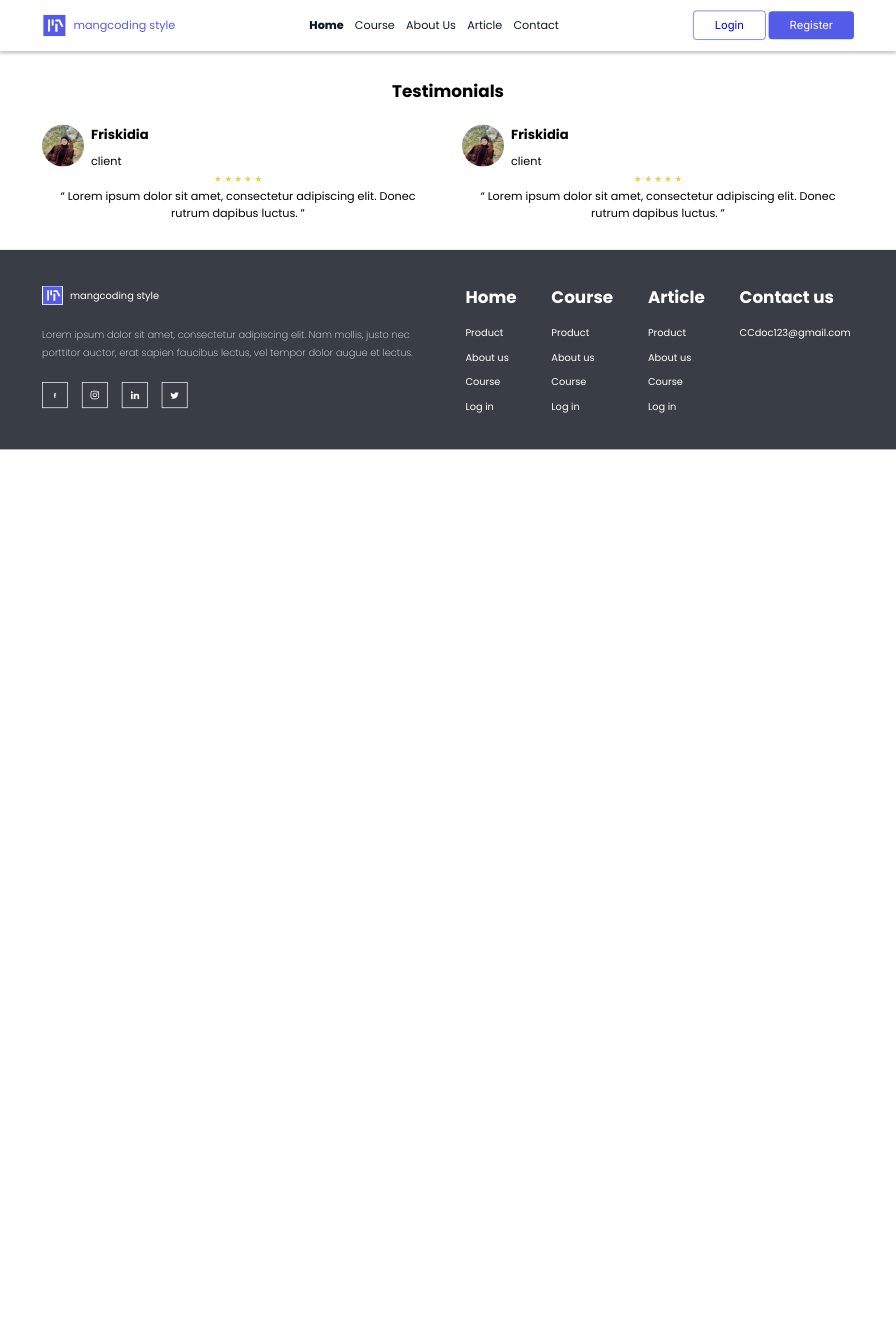
Repository: Dania-Alqam/landing-page
Page: index.html
The author's editor kept a copy of each file at every save. The page is drawn from the files as they stood at one save, then again after the next save.
The browser window is 1280 px wide. The pictures show the part of the page from y = 0 to 1920 px (the page is 5000 px tall), at 70% of full size.

Above is the page before, as saved 2024-06-22 10:34:04.

### index.html
<!DOCTYPE html>
<html lang="en">

<head>
    <meta charset="UTF-8" />
    <meta name="viewport" content="width=device-width, initial-scale=1.0" />
    <title>Document</title>
    <link rel="stylesheet" href="./assests/css/main.css" />
</head>

<body>
    <header class="header">
        <div class="container">
            <div class="row">
                <div class="logo">
                    <img src="./assests/images/public/Logo.svg" alt="logo" />
                    <a href="#">mangcoding style</a>
                </div>
                <nav class="nav">
                    <ul>
                        <li>
                            <a href="#" class="active">Home</a>
                        </li>
                        <li>
                            <a href="#">Course</a>
                        </li>
                        <li>
                            <a href="#">About Us</a>
                        </li>
                        <li>
                            <a href="#">Article</a>
                        </li>
                        <li>
                            <a href="#">Contact</a>
                        </li>
                    </ul>
                </nav>
                <div class="auth">
                    <a href="#">Login</a>
                    <a href="#">Register</a>
                </div>
            </div>
        </div>
    </header>

    <main>
        <section class="testimonials">
            <h2>
                Testimonials
            </h2>
            <div class="container">
                <div class="row">
                    <div class="testimonial">
                        <div class="user-info">
                            <img src="assests/images/clients/client1.jpeg"/>
                            <div class="user-data">
                                <h3>Friskidia</h3>
                                <span>client</span>
                            </div>
                        </div>
                        <div class="ratings">
                            <img src="./assests/images/public/Star.svg" alt="stars"/>
                            <img src="./assests/images/public/Star.svg" alt="stars"/>
                            <img src="./assests/images/public/Star.svg" alt="stars"/>
                            <img src="./assests/images/public/Star.svg" alt="stars"/>
                            <img src="./assests/images/public/Star.svg" alt="stars"/>

                        </div>
                        <blockquote>
                            <q>
                                Lorem ipsum dolor sit amet, consectetur adipiscing elit. Donec rutrum dapibus luctus.
                            </q>
                        </blockquote>
                    </div>
                    <div class="testimonial">
                        <div class="user-info">
                            <img src="assests/images/clients/client1.jpeg"/>
                            <div class="user-data">
                                <h3>Friskidia</h3>
                                <span>client</span>
                            </div>
                        </div>
                        <div class="ratings">
                            <img src="./assests/images/public/Star.svg" alt="stars"/>
                            <img src="./assests/images/public/Star.svg" alt="stars"/>
                            <img src="./assests/images/public/Star.svg" alt="stars"/>
                            <img src="./assests/images/public/Star.svg" alt="stars"/>
                            <img src="./assests/images/public/Star.svg" alt="stars"/>

                        </div>
                        <blockquote>
                            <q>
                                Lorem ipsum dolor sit amet, consectetur adipiscing elit. Donec rutrum dapibus luctus.
                            </q>
                        </blockquote>
                    </div>
                </div>
            </div>

        </section>
    </main>
    <footer class="footer">
        <div class="container">
            <div class="row">
                <div class="footer-start">
                    <div class="logo">
                        <img src="./assests/images/public/Logo.svg" alt="logo" />
                        <a href="#">mangcoding style</a>
                    </div>
                    <p>
                        Lorem ipsum dolor sit amet, consectetur adipiscing elit. Nam
                        mollis, justo nec porttitor auctor, erat sapien faucibus lectus,
                        vel tempor dolor augue et lectus.
                    </p>
                    <div class="icons">
                        <a href="#"><img src="./assests/images/public/facebok.svg" /></a>
                        <a href="#"><img src="./assests/images/public/instagram.svg" /></a>
                        <a href="#"><img src="./assests/images/public/linkedin.svg" /></a>
                        <a href="#"><img src="./assests/images/public/twitter.svg" /></a>
                    </div>
                </div>
                <div class="footer-end">
                    <div class="row">
                        <div class="footer-item">
                            <h2>
                                Home
                            </h2>
                            <ul>
                                <li>
                                    <a href="#">Product</a>
                                </li>
                                <li>
                                    <a href="#">About us</a>
                                </li>
                                <li>
                                    <a href="#">Course</a>
                                </li>
                                <li>
                                    <a href="#">Log in</a>
                                </li>
                            </ul>
                        </div>
                        <div class="footer-item">
                            <h2>
                                Course
                            </h2>
                            <ul>
                                <li>
                                    <a href="#">Product</a>
                                </li>
                                <li>
                                    <a href="#">About us</a>
                                </li>
                                <li>
                                    <a href="#">Course</a>
                                </li>
                                <li>
                                    <a href="#">Log in</a>
                                </li>
                            </ul>
                        </div>
                        <div class="footer-item">
                            <h2>
                                Article
                            </h2>
                            <ul>
                                <li>
                                    <a href="#">Product</a>
                                </li>
                                <li>
                                    <a href="#">About us</a>
                                </li>
                                <li>
                                    <a href="#">Course</a>
                                </li>
                                <li>
                                    <a href="#">Log in</a>
                                </li>
                            </ul>
                        </div>
                        <div class="footer-item">
                            <h2>
                                Contact us
                            </h2>
                            <ul>
                                <li>
                                    <a href="#">CCdoc123@gmail.com</a>
                                </li>

                        </div>
                    </div>
                </div>
            </div>
        </div>
    </footer>
</body>

</html>

### assests/css/main.css
@import url(./public.css);

/* start header */
.header {
  position: sticky;
  top: 0;
  box-shadow: 0px 4px 4px rgba(0, 0, 0, 0.25);
  padding: 20px 0;
  background-color: #fff;
}

.nav ul {
  display: flex;
  flex-wrap: wrap;
  gap: 16px;
}
.header .logo {
  display: flex;
  flex-wrap: wrap;
  align-items: center;
  gap: 10px;
}
.header .logo img {
  width: 35px;
}

.header .logo a {
  color: var(--mainColor);
}

.header .nav a {
  color: #101928;
}

.header .nav a:hover {
  color: var(--mainColor);
}
/* For the home bold*/
.active {
  font-weight: 800;
}
/* common properities*/
.header .auth a {
  font-family: var(--subFont);
  padding: 10px 30px;
  border-radius: 5px;
}
.header .auth a:first-of-type {
  border: 1px solid var(--mainColor);
}
.header .auth a:last-of-type {
  background-color: var(--mainColor);
  color: white;
}
@media (max-width: 900px) {
  .header .nav {
    display: none;
  }
}
/* end header */

/* start testemonials*/
.testimonials {
  text-align: center;
  padding: 40px 0;
}
.testimonials .row {
  gap: 40px;
}

.testimonials h2 {
  margin-bottom: 30px;
}
.testimonial {
  width: calc((100% - 40px) / 2);
}
.testimonial .user-info img {
  width: 60px;
  height: 60px;
  border-radius: 50%;
}

.testimonial .user-info {
  display: flex;
  flex-wrap: wrap;
  gap: 10px;
}
.testimonial .user-info .user-data {
  display: flex;
  flex-direction: column;
  gap: 10px;
  flex-wrap: wrap;
  align-items: start;
}

/* start footer */
.footer {
  background-color: #393e46;
  padding: 50px 0;
}

.footer a,
.footer h2 {
  color: #fff;
}

.footer .footer-start,
.footer .footer-end {
  width: calc((100% - 40px) / 2);
}

.footer .row {
  gap: 40px;
}

.footer .footer-start {
  display: flex;
  flex-direction: column;
  gap: 30px;
  flex-wrap: wrap;
}

.footer .footer-start .logo {
  display: flex;
  flex-wrap: wrap;
  gap: 10px;
  align-items: center;
}
.footer .footer-start .logo img {
  width: 30px;
}
.footer .footer-start .logo a {
  font-size: 14px;
}
.footer .footer-start p {
  color: #f4f4f4;
  line-height: 25px;
  font-size: 14px;
  font-weight: 200;
}
.footer .footer-start .icons {
  display: flex;
  flex-wrap: wrap;
  gap: 20px;
}
.footer .footer-start .icons img {
  width: 15px;
  height: 15px;
  border: 1px solid #fff;
  padding: 10px;
  box-sizing: content-box;
}

.footer-end .row {
  align-items: start;
  justify-content: space-around;
}
.footer-end .footer-item {
  display: flex;
  flex-direction: column;
  flex-wrap: wrap;
  gap: 20px;
}
.footer-end .footer-item ul {
  display: flex;
  flex-direction: column;
  flex-wrap: wrap;
  gap: 10px;
}
.footer-end .footer-item a {
  font-size: 14px;
}

/* end footer */

### assests/images/public/Star.svg
<svg width="10" height="9" viewBox="0 0 10 9" fill="none" xmlns="http://www.w3.org/2000/svg">
<path d="M5.00313 0.422667C5.06478 0.232942 5.33319 0.232942 5.39483 0.422668L6.26237 3.09266C6.28994 3.17751 6.36901 3.23496 6.45822 3.23496H9.26562C9.46511 3.23496 9.54805 3.49023 9.38666 3.60749L7.11543 5.25764C7.04325 5.31007 7.01305 5.40302 7.04062 5.48787L7.90815 8.15787C7.9698 8.34759 7.75265 8.50536 7.59126 8.3881L5.32003 6.73796C5.24785 6.68552 5.15012 6.68552 5.07794 6.73796L2.80671 8.3881C2.64532 8.50536 2.42817 8.34759 2.48981 8.15787L3.35735 5.48787C3.38492 5.40302 3.35472 5.31007 3.28254 5.25764L1.01131 3.60749C0.849916 3.49023 0.93286 3.23496 1.13235 3.23496H3.93975C4.02896 3.23496 4.10803 3.17751 4.1356 3.09266L5.00313 0.422667Z" fill="#F1CC4A"/>
</svg>

### assests/css/public.css
@import url('https://fonts.googleapis.com/css2?family=Poppins:ital,wght@0,100;0,200;0,300;0,400;0,500;0,600;0,700;0,800;0,900;1,100;1,200;1,300;1,400;1,500;1,600;1,700;1,800;1,900&display=swap');
@import url('https://fonts.googleapis.com/css2?family=Inter:wght@100..900&display=swap');

*{
    margin: 0;
    padding: 0;
    box-sizing: border-box;
}
:root{
    --mainFont: "Poppins", sans-serif;
    --subFont:  "Inter", sans-serif;
    --mainColor: #545BE8;

}
body{
    font-family: var(--mainFont);
    height: 5000px;
}
a{
    text-decoration: none;
}
ul{
    list-style: none;
}
.row{
    display: flex;
    justify-content: space-between;
    align-items: center;
    flex-wrap: wrap;

}

.container{
    /* width from figma is 60px from each side*/
    width: calc(100% - 120px);
    margin: auto;
}

After the next save:
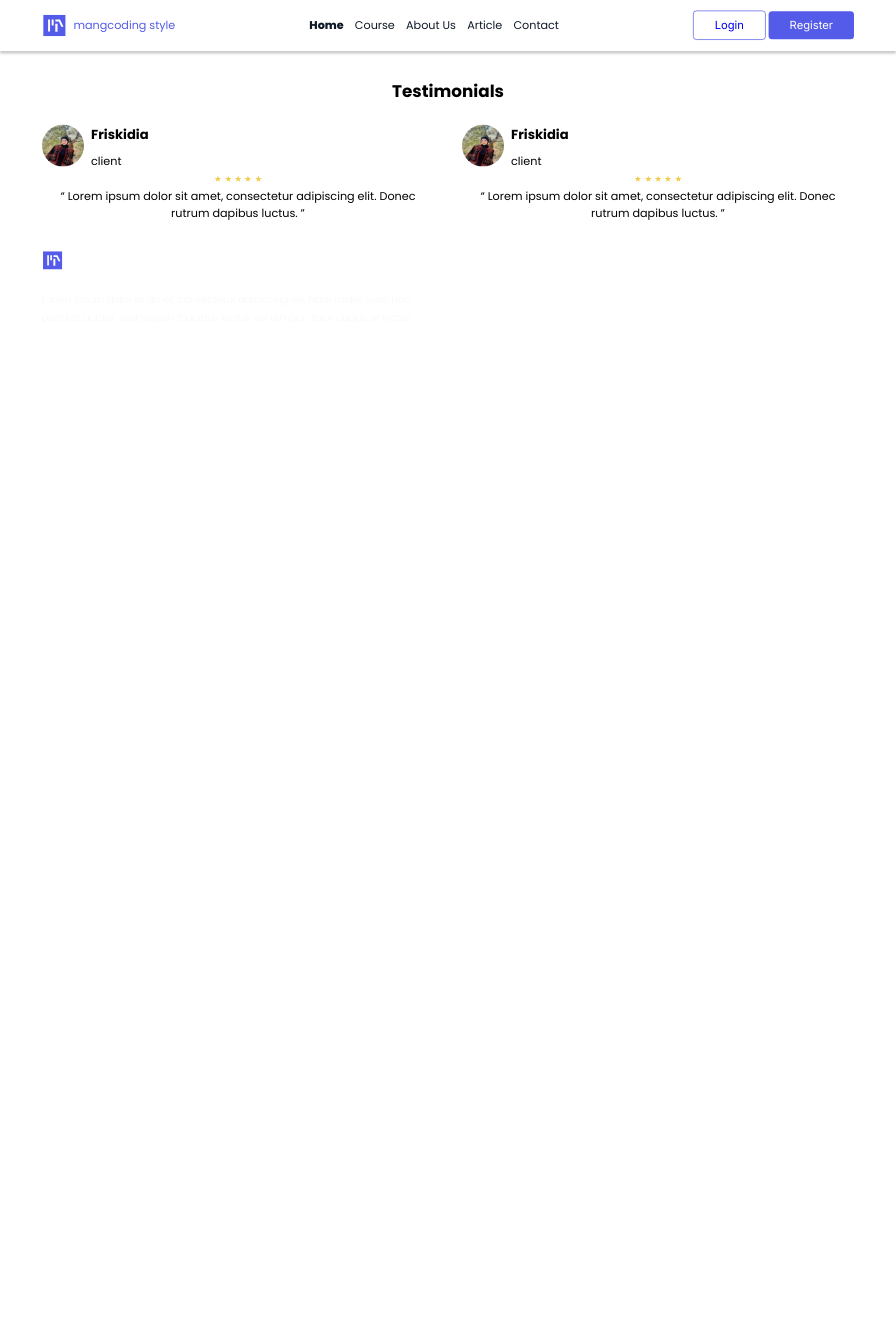
Saved 2 min 20 s later.
--- a/assests/css/main.css
+++ b/assests/css/main.css
@@ -93,6 +93,7 @@
   align-items: start;
 }
 
+.testimonial .user-info .user-data
 /* start footer */
 .footer {
   background-color: #393e46;

After the save that followed:
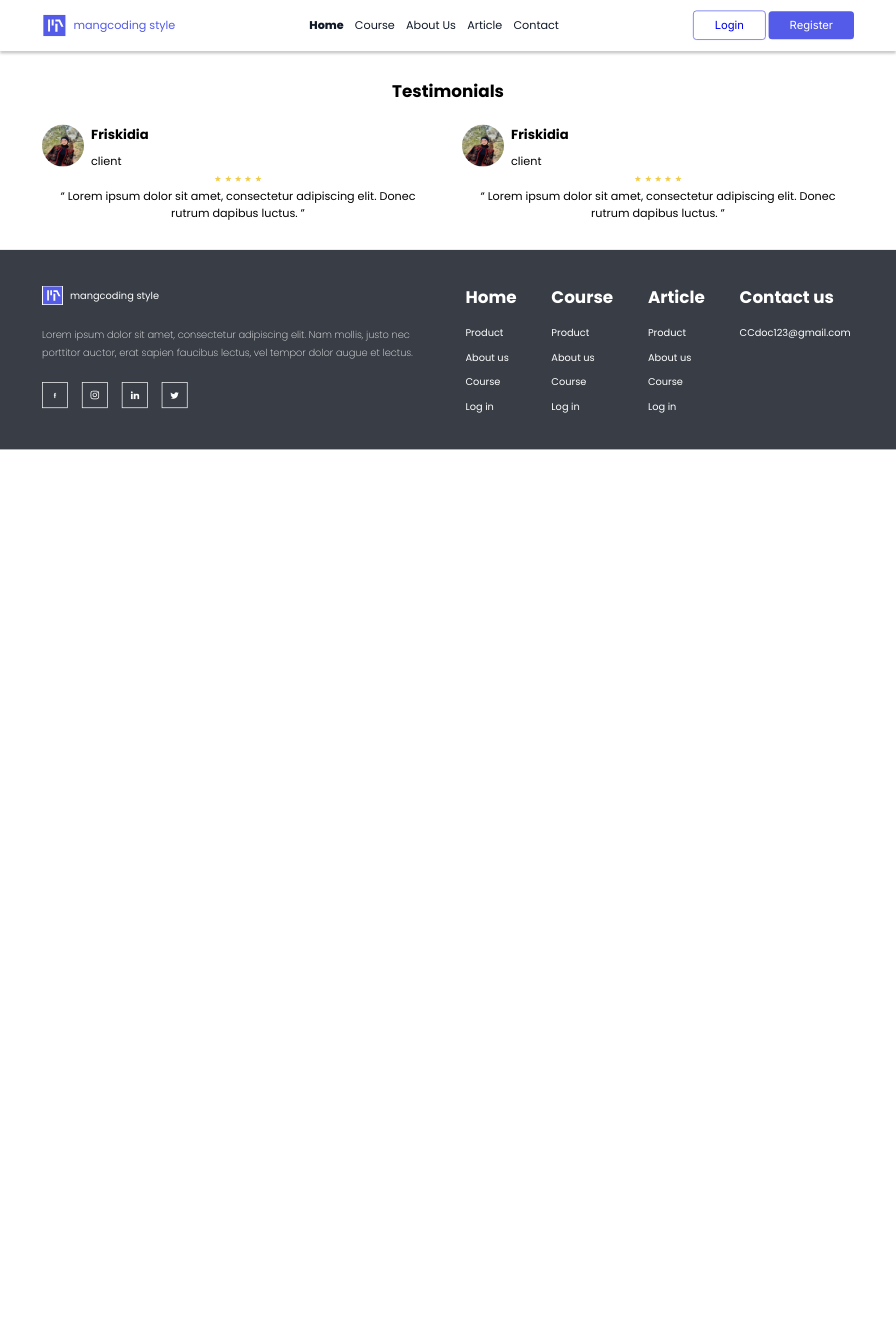
Saved 4 s later.
--- a/assests/css/main.css
+++ b/assests/css/main.css
@@ -93,7 +93,9 @@
   align-items: start;
 }
 
-.testimonial .user-info .user-data
+.testimonial .user-info .user-data span{
+
+}
 /* start footer */
 .footer {
   background-color: #393e46;
